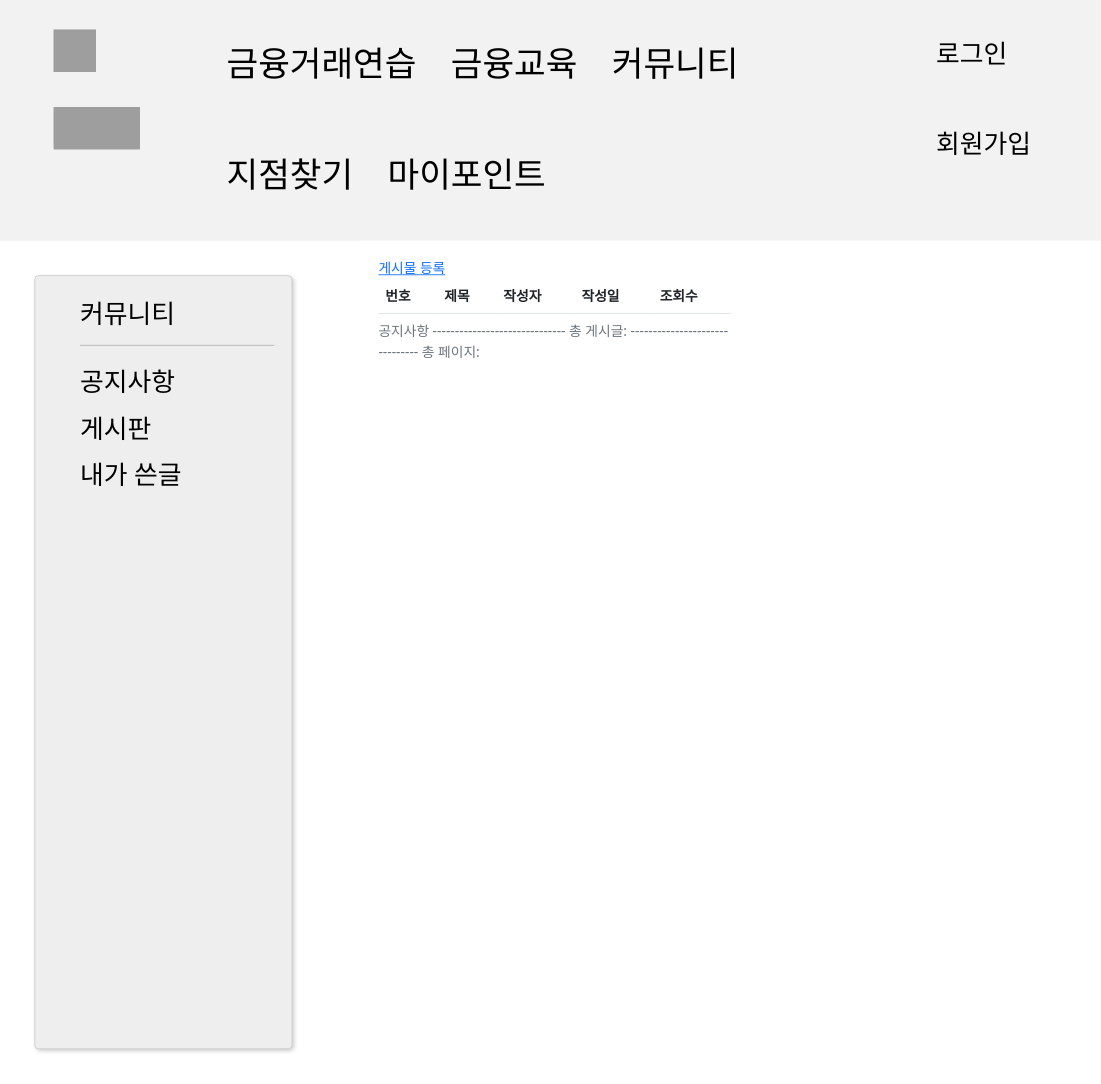
Repository: syc98syc/KB04_TeamProject
Page: http://localhost/jgig/WEB-INF/jsp/notice/list.jsp
The author's editor kept a copy of each file at every save. The page is drawn from the files as they stood at one save, then again after the next save.
The browser window is 1280 px wide. The pictures show the whole page, at 86% of full size.
Pictures or frames that could not be fetched are drawn as grey boxes. Some web fonts or font styles are not loaded; a fallback is used. The page is served by Tomcat 9. Nobody is signed in. The template is opened directly, without the code that normally fills it, so the values that code supplies are empty.

Above is the page before, as saved 2023-09-11 02:07:04.

After the next save:
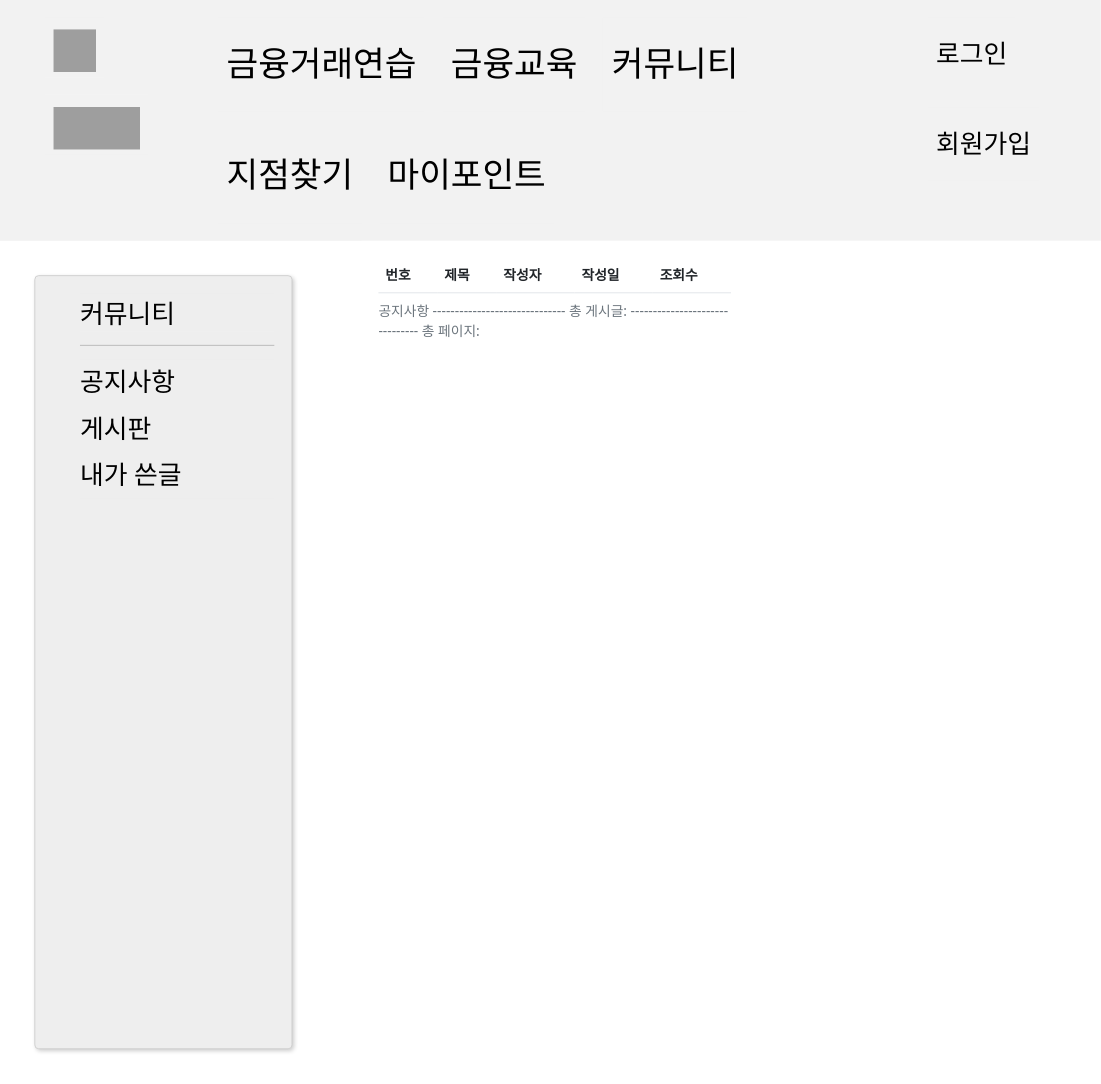
Saved 6 min 4 s later.
--- a/jgig/src/main/webapp/WEB-INF/jsp/notice/list.jsp
+++ b/jgig/src/main/webapp/WEB-INF/jsp/notice/list.jsp
@@ -20,7 +20,6 @@
 <%@ include file="../include/top_navbar.jsp" %>
 <%@ include file="../include/left_navbar.jsp" %>
 <div id="content">
-	<a href="/jgig/board_insert_form">게시물 등록</a> <br>
 	<table class="table table-hover" style="width: 50%;">
 	<caption>공지사항 ------------------------------ 총 게시글: ${requestScope.total } ------------------------------- 총 페이지: ${criteria.totalPage }</caption>
 		<tr>
